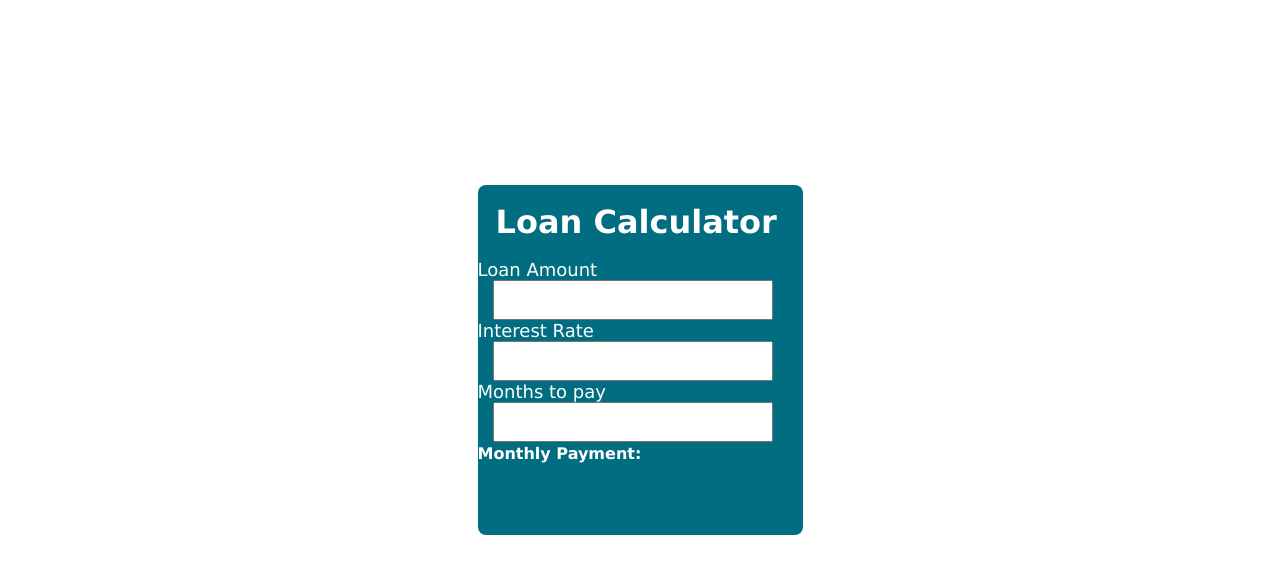
Repository: Ankitkr2021/Loan-Calculator
Page: index.html
These files come from the project's save history. The page is drawn as it stood at one moment and after the next save; the edit follows.
The browser window is 1280 px wide. The pictures show the whole page.

Above is the page before, as saved 2025-10-28 08:54:16.

After the next save:
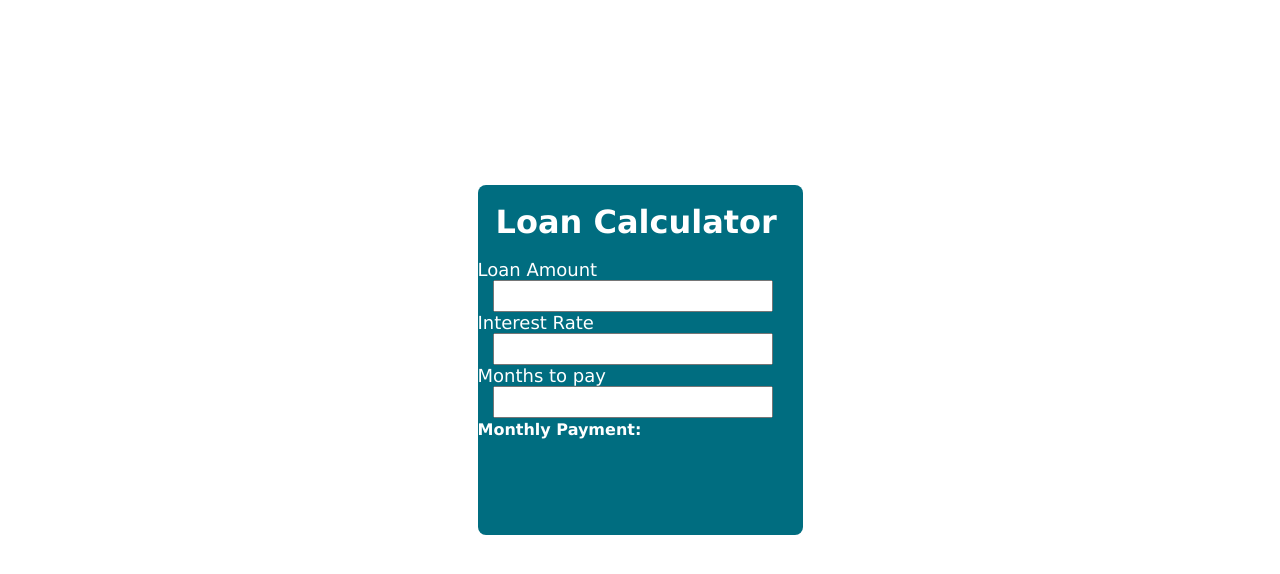
Saved 4 s later.
--- a/style.css
+++ b/style.css
@@ -35,5 +35,5 @@
     width: 280px;
     height: 25px;
     margin-left: 15px;
-    padding: 18px;
+    padding: 14px;
 }
